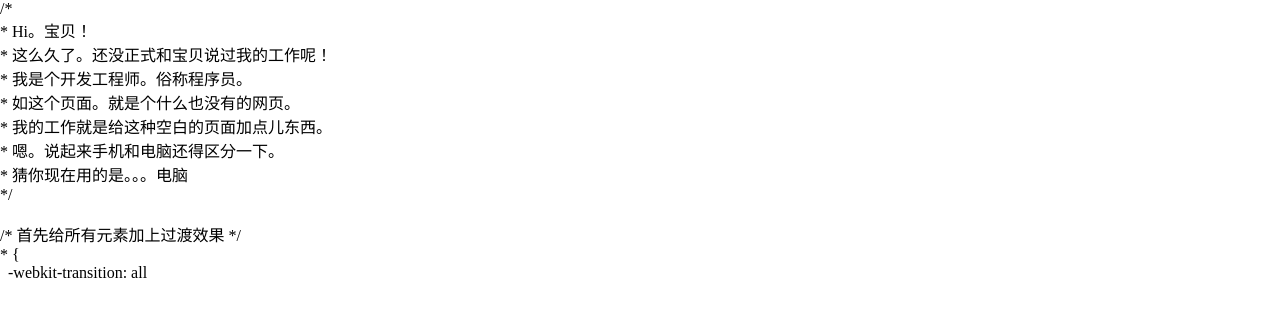
Repository: zhangjie07007/love
Page: / (app in app/)
The author's editor kept a copy of each file at every save. The page is drawn from the files as they stood at one save, then again after the next save.
The browser window is 1280 px wide. The pictures show the whole page.
The project was rebuilt for these pictures with package versions that can differ from the ones it lists, and the page was loaded fresh each time.

Above is the page before, as saved 2023-02-15 14:44:24.

After the next save:
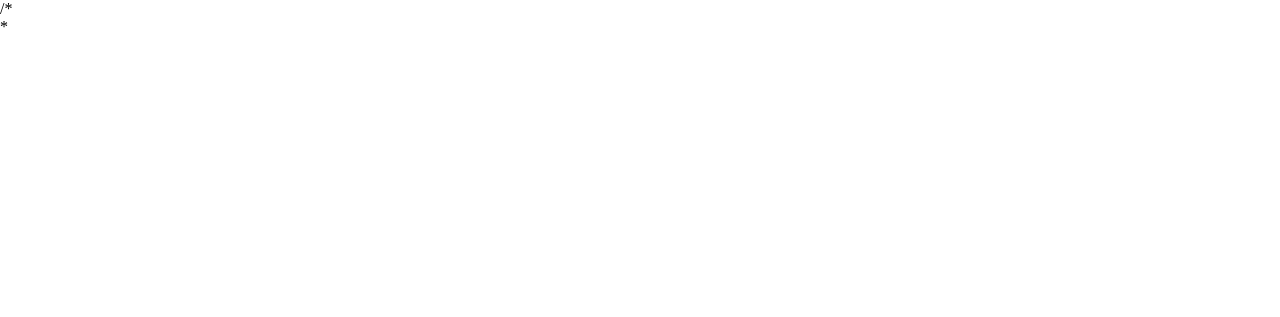
Saved 2 min 7 s later.
--- a/app/src/App.vue
+++ b/app/src/App.vue
@@ -286,6 +286,10 @@
                                 if (n === 2) {
                                     this.$refs.resumeEditor.goTop()
                                 }
+
+                                if (n = 2 && this.currentStyle.length > 1800 ) {
+                                    this.$refs.resumeEditor.goBottom()
+                                }
                             })
                         }
                         setTimeout(showStyle, interval)

After the 2 saves that followed:
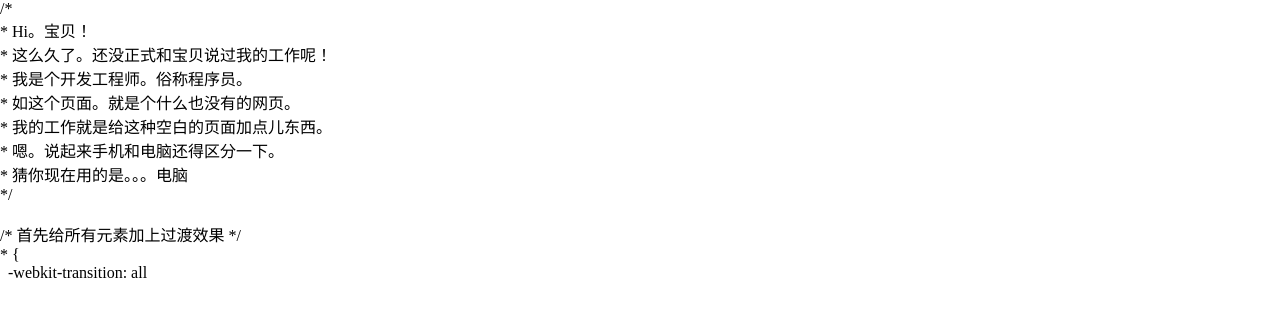
The 2 saves are shown as one change because 1 left the picture as it was.
The last was saved 2 min 58 s later.
--- a/app/src/App.vue
+++ b/app/src/App.vue
@@ -284,11 +284,16 @@
                             this.$nextTick(() => {
                                 this.$refs.styleEditor.goBottom()
                                 if (n === 2) {
+                                    if (n = 2 && this.currentStyle.length > 1800 ) {
+                                    this.$refs.resumeEditor.goBottom()
+                                } else if (n = 2 && this.currentStyle.length === 2024 ) {
+                                    setTimeout(() => {
+                                        this.$refs.resumeEditor.goTop()
+                                    }, 1000);
+                                } else {
                                     this.$refs.resumeEditor.goTop()
                                 }
 
-                                if (n = 2 && this.currentStyle.length > 1800 ) {
-                                    this.$refs.resumeEditor.goBottom()
                                 }
                             })
                         }
